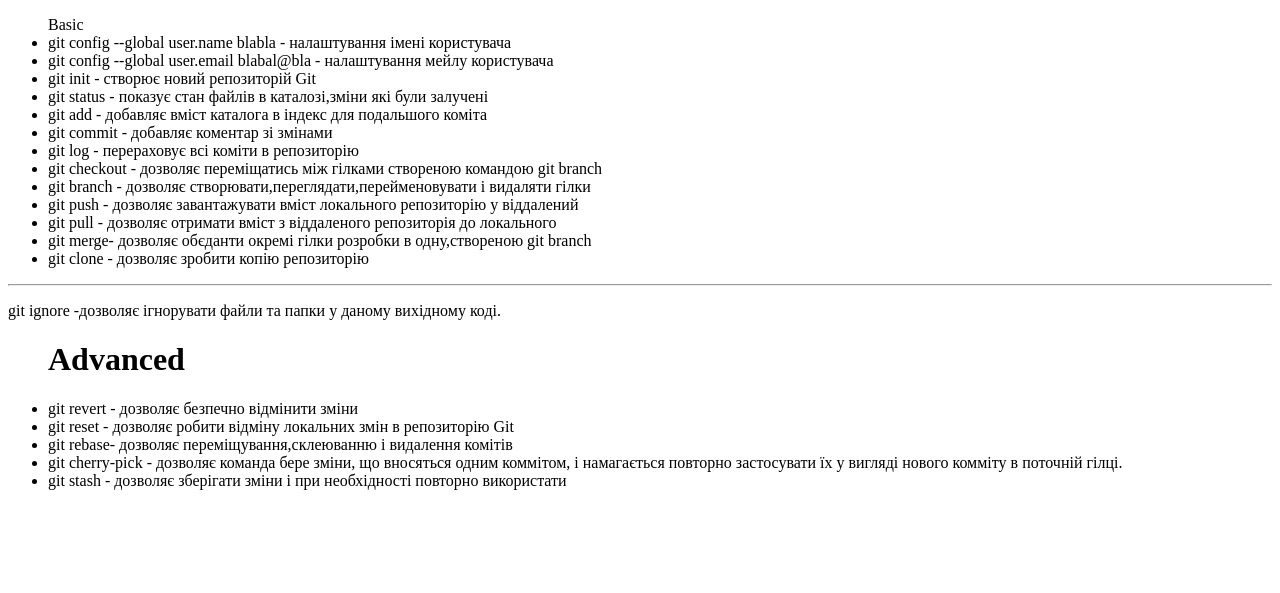
Repository: batonAnton/cursor_homework_anton_batton
Page: index.html
An editor plug-in stored every save of this project. The page is shown before and after the next save, followed by the edit.
The browser window is 1280 px wide. The pictures show the whole page.

Above is the page before, as saved 2022-05-26 14:15:00.

### index.html
<!DOCTYPE html>
<html lang="en">
<head>
    <meta charset="UTF-8">
    <meta http-equiv="X-UA-Compatible" content="IE=edge">
    <meta name="viewport" content="width=device-width, initial-scale=1.0">
    <link rel="stylesheet" href="style.css">
    <title>Document</title>
</head>
<body>
    <ul>
        Basic
        <li>git config --global user.name blabla - налаштування імені користувача</li>
        <li> git config --global user.email blabal@bla - налаштування мейлу користувача</li>
        <li>git init - створює новий репозиторій Git</li>
        <li> git status - показує стан файлів в каталозі,зміни які були залучені</li>
        <li>git add - добавляє вміст каталога в індекс для подальшого коміта</li>
        <li>git commit - добавляє коментар зі змінами</li>
        <li>git log - перераховує всі коміти в репозиторію</li>
        <li>git checkout - дозволяє переміщатись між гілками створеною командою git branch</li>
        <li>git branch - дозволяє створювати,переглядати,перейменовувати і видаляти гілки</li>
        <li>git push - дозволяє завантажувати вміст локального репозиторію у віддалений</li>
        <li>git pull - дозволяє отримати вміст з віддаленого репозиторія до локального</li>
        <li> git merge- дозволяє обєданти окремі гілки розробки в одну,створеною git branch</li>
        <li> git clone - дозволяє зробити копію репозиторію</li>
    </ul>
    <hr>
        <p>git ignore -дозволяє ігнорувати файли та папки  у даному вихідному коді.</p>
    <ul>
       <h1>Advanced</h1>
        <li>git revert - дозволяє безпечно відмінити зміни</li>
        <li>git reset - дозволяє робити відміну локальних змін в репозиторію Git</li>
        <li>git rebase- дозволяє переміщування,склеюванню і видалення  комітів</li>
        <li>git cherry-pick  - дозволяє команда бере зміни, що вносяться одним коммітом, і намагається повторно застосувати їх у вигляді нового комміту в поточній гілці.</li>
        <li>git stash - дозволяє зберігати зміни і при необхідності повторно використати</li>
    </ul>

</body>
</html>

Loaded but not shown: style.css (no stored copy; drawn as an empty file)

After the next save:
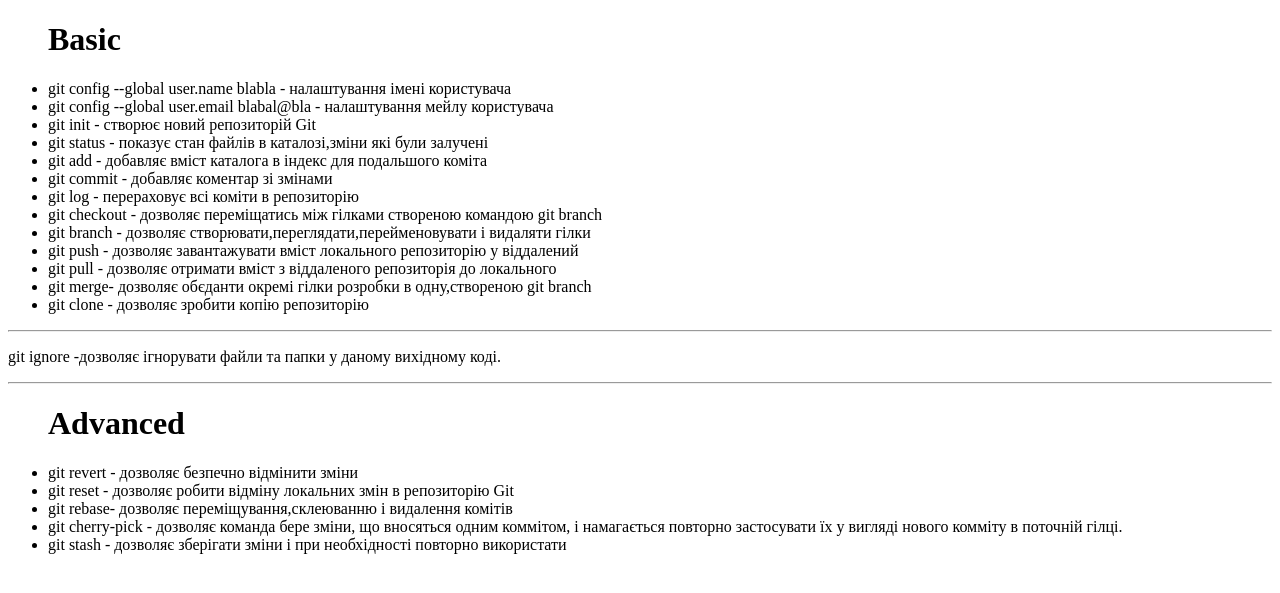
Saved 5 min 5 s later.
--- a/index.html
+++ b/index.html
@@ -9,7 +9,7 @@
 </head>
 <body>
     <ul>
-        Basic
+        <h1>Basic</h1>
         <li>git config --global user.name blabla - налаштування імені користувача</li>
         <li> git config --global user.email blabal@bla - налаштування мейлу користувача</li>
         <li>git init - створює новий репозиторій Git</li>
@@ -26,6 +26,7 @@
     </ul>
     <hr>
         <p>git ignore -дозволяє ігнорувати файли та папки  у даному вихідному коді.</p>
+        <hr>
     <ul>
        <h1>Advanced</h1>
         <li>git revert - дозволяє безпечно відмінити зміни</li>
